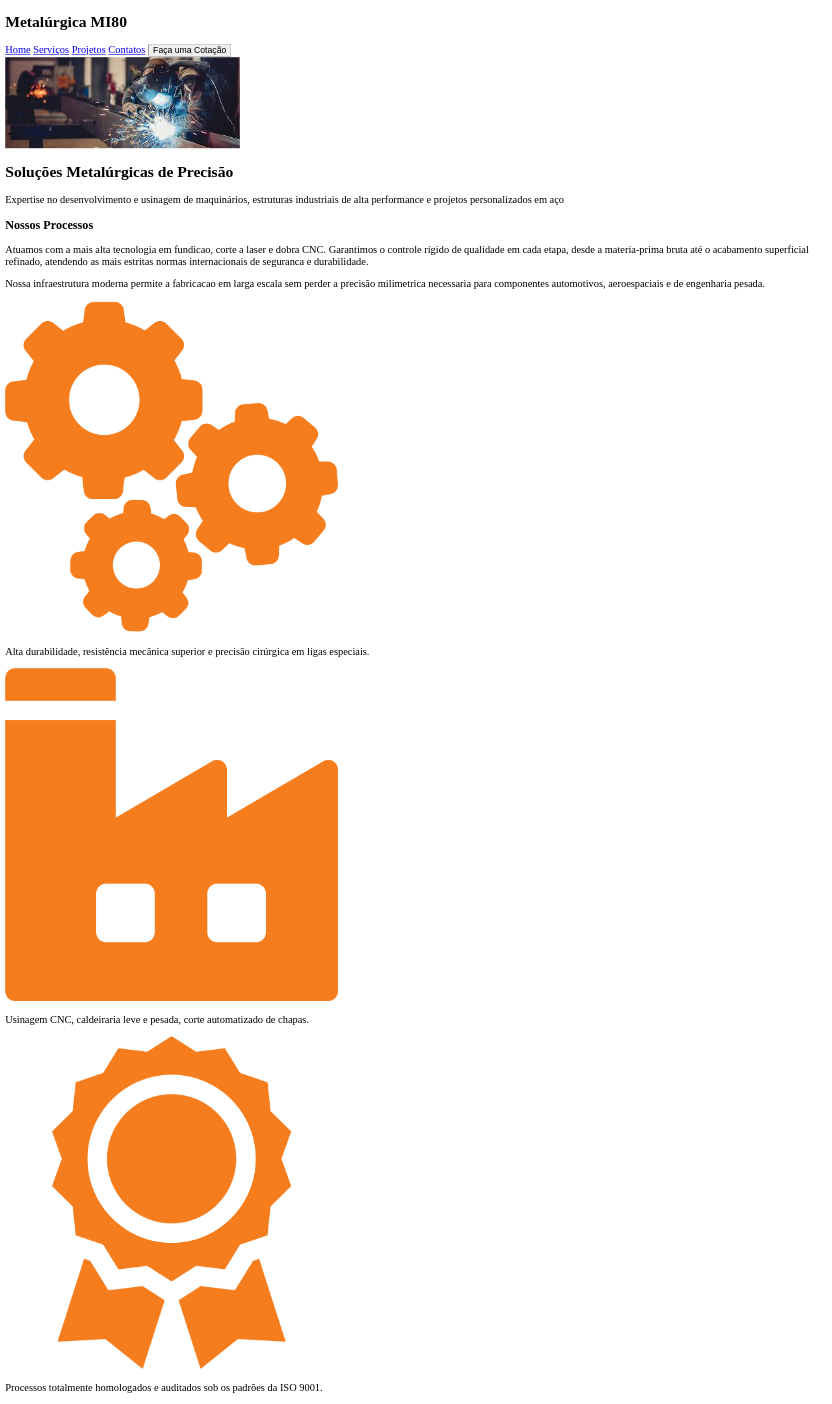
Repository: guiCherpinski/landing-page-metalurgica
Page: index.html
An editor plug-in stored every save of this project. The page is shown before and after a run of saves, followed by the edit.
The browser window is 1280 px wide. The pictures show the whole page, at 65% of full size.

Above is the page before, as saved 2026-06-03 19:01:09.

### index.html
<!DOCTYPE html>
<html lang="pt-br">
<head>
    <meta charset="UTF-8">
    <meta name="viewport" content="width=device-width, initial-scale=1.0">
    <title>Metalúrgica</title>
</head>
<body>
    <header>
        <nav>
            <h1>Metalúrgica MI80</h1>

            <div class = "buttons">
                <a href="/">Home</a>
                <a href="/">Serviços</a>
                <a href="/">Projetos</a>
                <a href="/">Contatos</a>
                <button>Faça uma Cotação</button>
            </div>
        </nav>
    </header>

    <section class = "hero-section">
        <img src="./img/soldador.png" alt="Foto de um Soldador">
        <div class = "textHero">
            <h2>Soluções Metalúrgicas de Precisão</h2>
            <p>Expertise no desenvolvimento e usinagem de maquinários, estruturas industriais de alta performance e projetos personalizados em aço</p>
        </div>
    </section>

    <section class = "our-process">

        <h3>Nossos Processos</h3>

        <p>Atuamos com a mais alta tecnologia em fundicao, corte a laser e dobra CNC. Garantimos o
            controle rígido de qualidade em cada etapa, desde a materia-prima bruta até o acabamento
            superficial refinado, atendendo as mais estritas normas internacionais de seguranca e
            durabilidade.
        </p>

        <p>Nossa infraestrutura moderna permite a fabricacao em larga escala sem perder a precisão
            milimetrica necessaria para componentes automotivos, aeroespaciais e de engenharia
            pesada.
        </p>


        <article class = "article-benefits">
            <img src="./img/settings-gears.png" alt="Icone de engrenagens">
            <p>Alta durabilidade, resistência mecânica superior e precisão cirúrgica em ligas especiais.</p>
        </article>

        <article class = "article-process">
            <img src="./img/industry.png" alt="Icone de industria">
            <p>Usinagem CNC, caldeiraria leve e pesada, corte automatizado de chapas.</p>
        </article>

        <article class = "article-certificates">
            <img src="./img/medal.png" alt="Icone de medalha">
            <p>Processos totalmente homologados e auditados sob os padrões da ISO 9001.</p>
        </article>
    </section>

    <section class = "last-projects">

    </section>

    <section class = "certificates">

    </section>


    <footer class = "rodape">

    </footer>


</body>
</html>

After the next 3 saves:
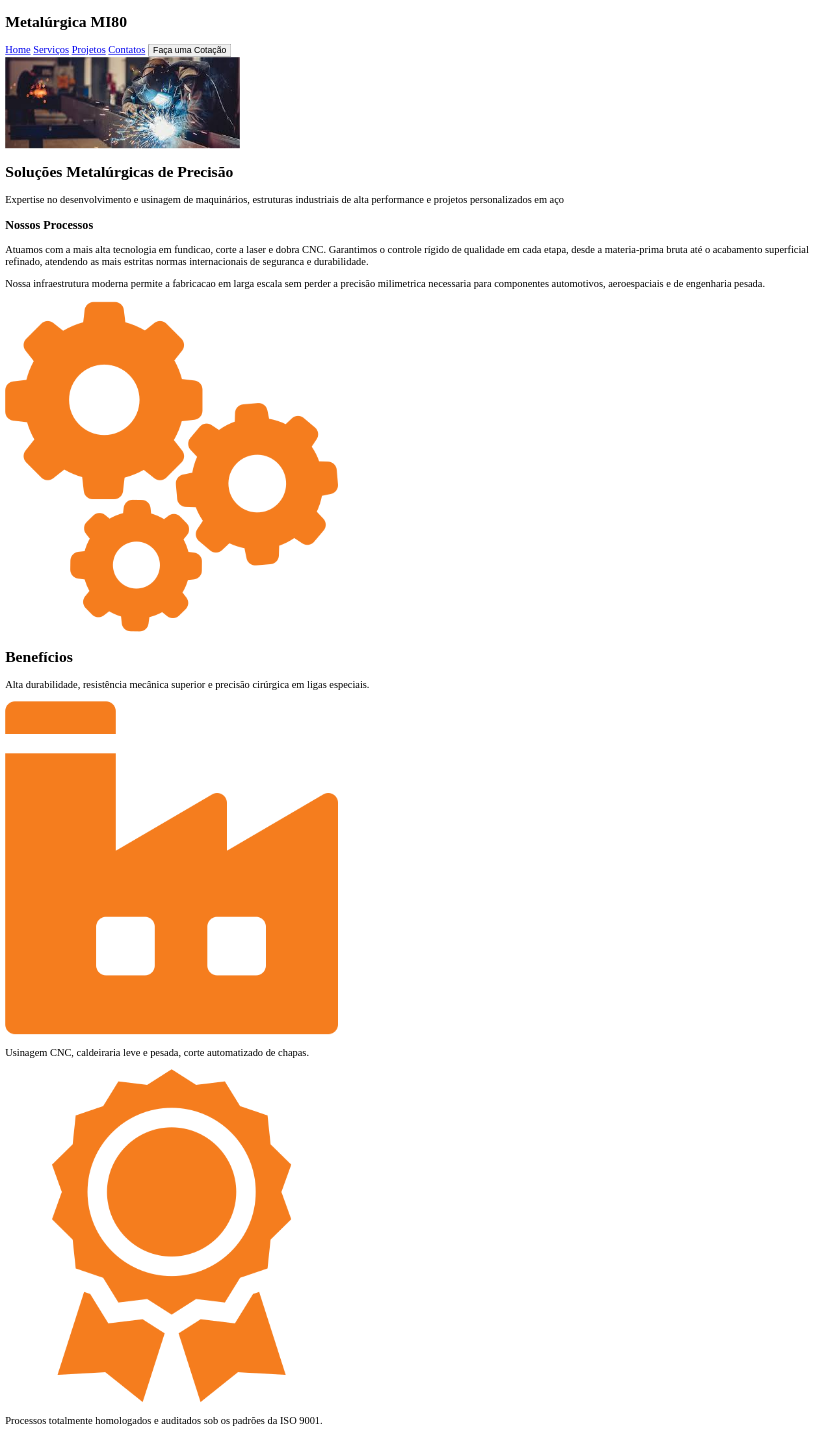
The 3 saves are shown as one change because they came seconds apart.
The last was saved 30 s later.
--- a/index.html
+++ b/index.html
@@ -46,6 +46,7 @@
 
         <article class = "article-benefits">
             <img src="./img/settings-gears.png" alt="Icone de engrenagens">
+            <h2>Benefícios</h2>
             <p>Alta durabilidade, resistência mecânica superior e precisão cirúrgica em ligas especiais.</p>
         </article>
 
